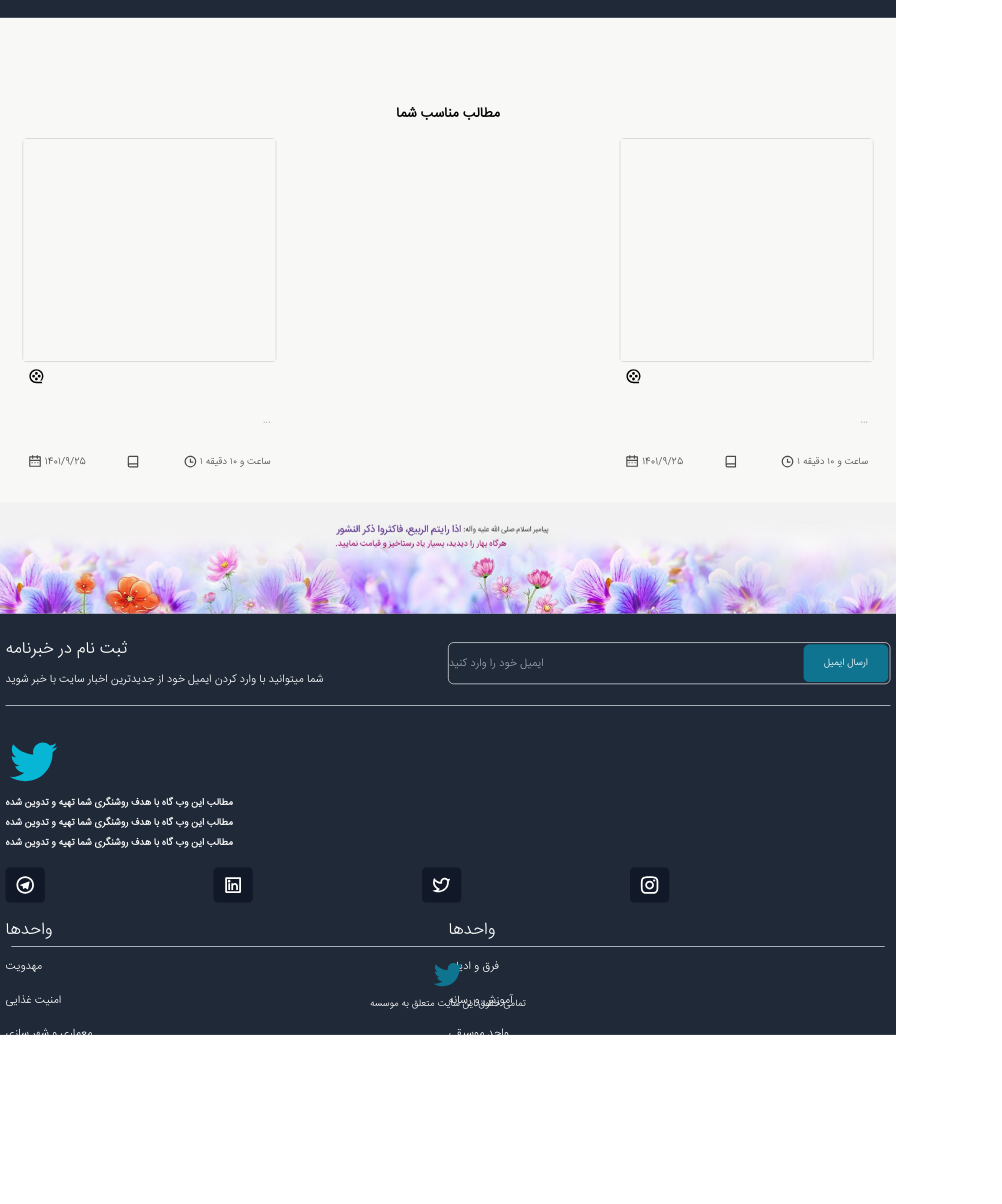
Repository: homan-tehrani/uiUserNative
Page: /
An editor plug-in stored every save of this project. The page is shown before and after the next save, followed by the edit.
The browser window is 1280 px wide. The page is 1432 px wide, so the pictures cover 1432 px, including what lies to the right of the window. The pictures show the part of the page from y = 3189 to 4909 px (the page is 5006 px tall before and 5098 px after), at 70% of full size.
The page's requests for data from a server got no answer. The project was rebuilt for these pictures with package versions that can differ from the ones it lists, and the page was loaded fresh each time. The framework's server and built-in components were replaced by stand-ins that run in the browser. No one was signed in, and anything a server would have sent is missing. Also part of the build but not shown: next.config.js, src/components/MenuForUnits.js, src/components/AccordionForUnits.js, src/components/MenuResponsive.js.

Above is the page before, as saved 2023-04-25 01:37:44.

After the next save:
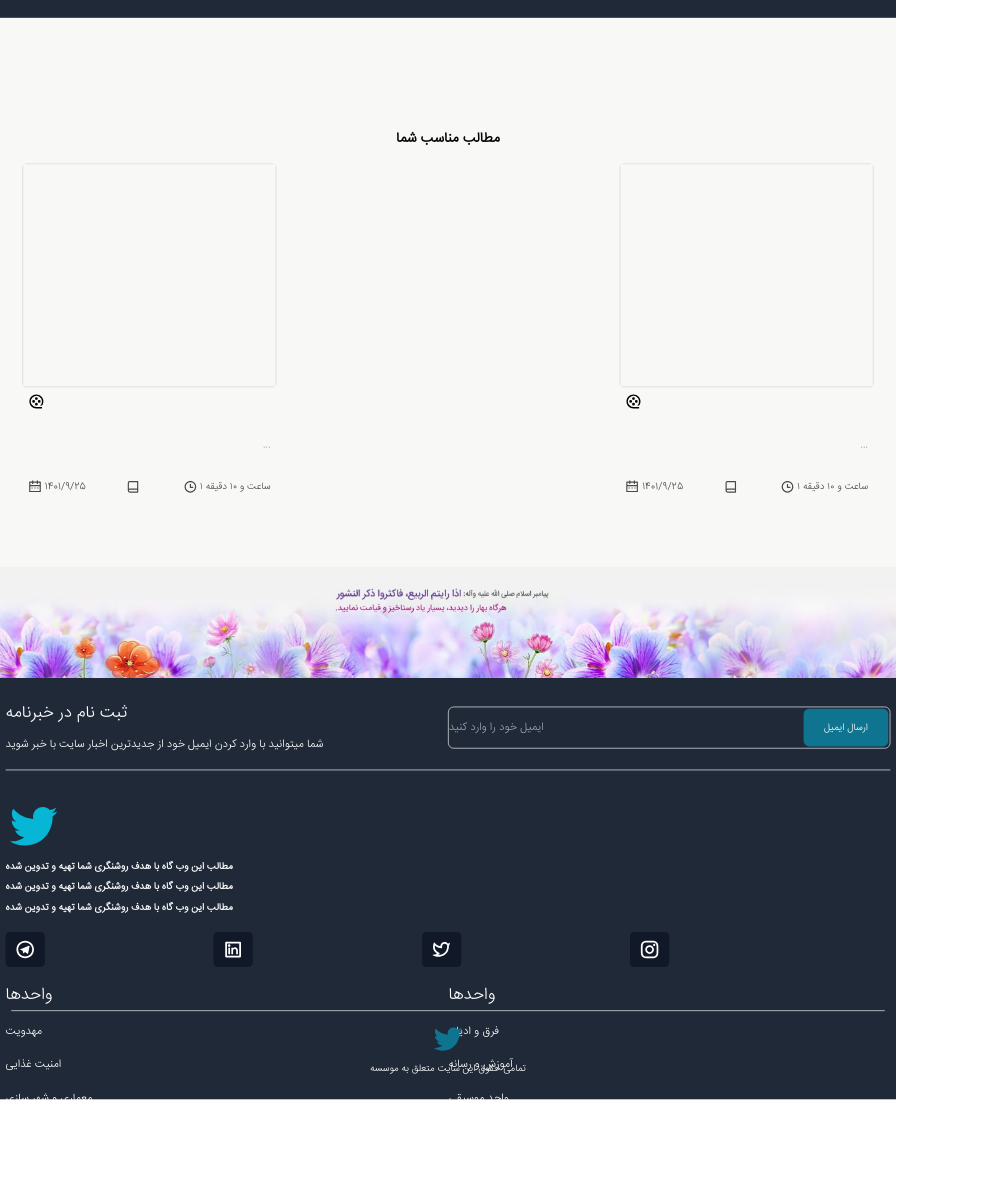
Saved 21 s later.
--- a/src/components/Suggestion.js
+++ b/src/components/Suggestion.js
@@ -24,8 +24,8 @@ export default function Suggestion() {
   }
 
   return (
-    <div className="container py-10 mx-auto">
-      <h2 className="text-xl font-bold text-center py-5">مطالب مناسب شما</h2>
+    <div className="container py-24 mx-auto">
+      <h2 className="text-xl font-bold text-center pb-5">مطالب مناسب شما</h2>
       <div className=" flex items-center justify-between">
         {suggestionPhoto.slice(1, 4).map((item) => (
           <>
